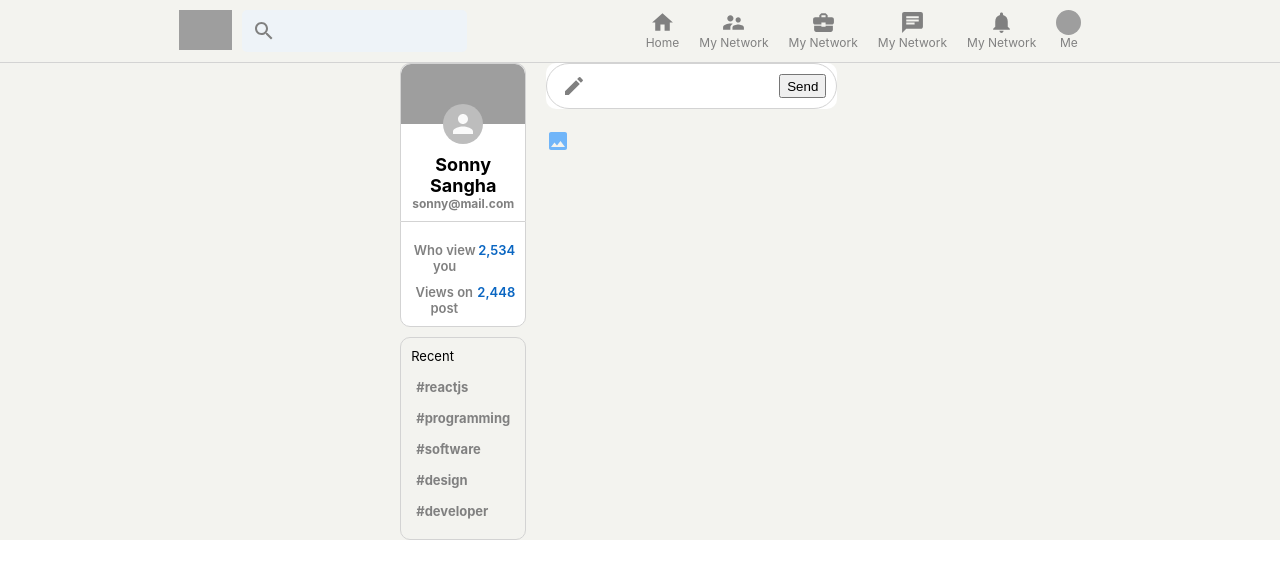
Repository: joaogamarra/linkedin-clone
Page: /
These files come from the project's save history. The page is drawn as it stood at one moment and after the next save; the edit follows.
The browser window is 1280 px wide. The pictures show the whole page.
Pictures or frames that could not be fetched are drawn as grey boxes. The project was rebuilt for these pictures with package versions that can differ from the ones it lists, and the page was loaded fresh each time. Also part of the build but not shown: src/components/feed/InputOption.css.

Above is the page before, as saved 2021-02-19 13:17:14.

### src/index.js
import React from 'react'
import ReactDOM from 'react-dom'
import './index.css'
import App from './App'

ReactDOM.render(
	<React.StrictMode>
		<App />
	</React.StrictMode>,
	document.getElementById('root')
)

### src/index.css
* {
	margin: 0;
}

body {
	margin: 0;
	font-family: -apple-system, BlinkMacSystemFont, 'Segoe UI', 'Roboto', 'Oxygen', 'Ubuntu', 'Cantarell',
		'Fira Sans', 'Droid Sans', 'Helvetica Neue', sans-serif;
	-webkit-font-smoothing: antialiased;
	-moz-osx-font-smoothing: grayscale;
}

code {
	font-family: source-code-pro, Menlo, Monaco, Consolas, 'Courier New', monospace;
}

### src/App.js
import './App.css'
import Feed from './components/feed/Feed'
import Header from './components/header/Header'
import Sidebar from './components/sidebar/Sidebar'

function App() {
	return (
		<div className='App'>
			<Header />
			<div className='app__body'>
				<Sidebar />
				<Feed />
			</div>
		</div>
	)
}

export default App

### src/App.css
.App {
	background-color: #f3f3ef;
	display: flex;
	flex-direction: column;
	align-items: center;
}

.app__body {
	display: flex;
}

### src/components/feed/Feed.js
import './Feed.css'
import CreateIcon from '@material-ui/icons/Create'
import ImageIcon from '@material-ui/icons/Image'
import InputOption from './InputOption'

const Feed = () => {
	return (
		<div className='feed'>
			<div className='feed__inputContainer'>
				<div className='feed__input'>
					<CreateIcon />
					<form>
						<input type='text' />
						<button type='submit'>Send</button>
					</form>
				</div>
			</div>
			<div className='feed__inputOptions'>
				<InputOption Icon={ImageIcon} title='Photo' color='#70b5f9' />
			</div>
		</div>
	)
}

export default Feed

### src/components/header/Header.js
import './Header.css'
import HeaderOption from './HeaderOption'
import SearchIcon from '@material-ui/icons/Search'
import HomeIcon from '@material-ui/icons/Home'
import SupervisorAccountIcon from '@material-ui/icons/SupervisorAccount'
import BusinessCenterIcon from '@material-ui/icons/BusinessCenter'
import ChatIcon from '@material-ui/icons/Chat'
import NotificationsIcon from '@material-ui/icons/Notifications'

const Header = () => {
	return (
		<div className='header'>
			<div className='header__left'>
				<img src='https://www.flaticon.com/svg/static/icons/svg/174/174857.svg' alt='' />

				<div className='header__search'>
					<SearchIcon />
					<input type='text' />
				</div>
			</div>
			<div className='header__right'>
				<HeaderOption Icon={HomeIcon} title='Home' />
				<HeaderOption Icon={SupervisorAccountIcon} title='My Network' />
				<HeaderOption Icon={BusinessCenterIcon} title='My Network' />
				<HeaderOption Icon={ChatIcon} title='My Network' />
				<HeaderOption Icon={NotificationsIcon} title='My Network' />
				<HeaderOption
					avatar='https://compassionate-leakey-e9b16b.netlify.app/images/IG_Sonny.jpeg'
					title='Me'
				/>
			</div>
		</div>
	)
}

export default Header

### src/components/sidebar/Sidebar.js
import './Sidebar.css'
import { Avatar } from '@material-ui/core'

const Sidebar = () => {
	const recentItem = (topic) => (
		<div className='sidebar__recentItem'>
			<span className='sidebar__hash'>#</span>
			<p>{topic}</p>
		</div>
	)

	return (
		<div className='sidebar'>
			<div className='sidebar__top'>
				<img
					src='https://images.unsplash.com/photo-1579546929518-9e396f3cc809?ixid=MXwxMjA3fDB8MHxwaG90by1wYWdlfHx8fGVufDB8fHw%3D&ixlib=rb-1.2.1&auto=format&fit=crop&w=1350&q=80'
					alt=''
				/>
				<Avatar className='sidebar__avatar' />
				<h2>Sonny Sangha</h2>
				<h4>sonny@mail.com</h4>
			</div>

			<div className='sidebar__stats'>
				<div className='sidebar__stat'>
					<p>Who view you</p>
					<p className='sidebar__statNumber'>2,534</p>
				</div>
				<div className='sidebar__stat'>
					<p>Views on post</p>
					<p className='sidebar__statNumber'>2,448</p>
				</div>
			</div>

			<div className='sidebar__bottom'>
				<p>Recent</p>
				{recentItem('reactjs')}
				{recentItem('programming')}
				{recentItem('software')}
				{recentItem('design')}
				{recentItem('developer')}
			</div>
		</div>
	)
}

export default Sidebar

### src/components/feed/Feed.css
.feed {
	flex: 0.6;
	margin: 0 20px;
}

.feed__inputContainer {
	padding: 10px 10p 20px 10px;
	margin-bottom: 20px;
	border-radius: 10px;
	background-color: white;
}

.feed__input {
	display: flex;
	padding: 10px 10px 10px 15px;
	color: gray;
	border: 1px solid lightgray;
	border-radius: 30px;
}

.feed__input > form {
	display: flex;
	width: 100%;
}

.feed__input > form > input {
	flex: 1;
	margin-left: 10px;
	outline-width: 0;
	font-weight: 600;
	border: none;
}

.feed__input > form > input > button {
	display: none;
}

### src/components/feed/InputOption.js
import './InputOption.css'

const InputOption = ({ Icon, title, color }) => {
	return (
		<div className='inputOption'>
			<Icon style={{ color: color }} />
		</div>
	)
}

export default InputOption

### src/components/header/Header.css
.header {
	position: sticky;
	top: 0;
	display: flex;
	justify-content: space-evenly;
	padding: 10px 0;
	width: 100%;
	border-bottom: 0.1px solid lightgray;
	z-index: 30;
}

.header__left {
	display: flex;
}

.header__left > img {
	object-fit: contain;
	height: 40px;
	margin-right: 10px;
}

.header__search {
	padding: 10px;
	display: flex;
	align-items: center;
	border-radius: 5px;
	height: 22px;
	color: gray;
	background-color: #eef3f8;
}

.header__search > input {
	outline: none;
	border: none;
	background: none;
}

.header__right {
	display: flex;
}

### src/components/header/HeaderOption.js
import './HeaderOption.css'
import { Avatar } from '@material-ui/core'

const HeaderOption = ({ avatar, Icon, title }) => {
	return (
		<div className='headerOption'>
			{Icon && <Icon className='headerOption__icon' />}
			{avatar && <Avatar className='headerOption__icon' src={avatar} />}
			<h3 className='headerOption__title'>{title}</h3>
		</div>
	)
}

export default HeaderOption

### src/components/sidebar/Sidebar.css
.sidebar {
	position: sticky;
	flex: 0.2;
	top: 80px;
	height: fit-content;
	border-radius: 10px;
	text-align: center;
}

.sidebar__avatar {
	margin-bottom: 10px;
}

.sidebar__top > h4 {
	color: gray;
	font-size: 12px;
}

.sidebar__top > h2 {
	font-size: 18px;
}

.sidebar__top {
	display: flex;
	flex-direction: column;
	align-items: center;
	border: 1px solid lightgray;
	border-bottom: 0;
	border-top-left-radius: 10px;
	border-top-right-radius: 10px;
	background-color: white;
	padding-bottom: 10px;
}

.sidebar__top > img {
	margin-bottom: -20px;
	width: 100%;
	height: 60px;
	border-top-left-radius: 10px;
	border-top-right-radius: 10px;
}
.sidebar__stats {
	padding: 10px;
	margin-bottom: 10px;
	border: 1px solid lightgray;
	border-bottom-left-radius: 10px;
	border-bottom-right-radius: 10px;
	background-color: white;
}

.sidebar__stat {
	margin-top: 10px;
	display: flex;
	justify-content: space-between;
}

.sidebar__stat > p {
	color: gray;
	font-size: 13px;
	font-weight: 600;
}

.sidebar__statNumber {
	font-weight: bold;
	color: #0a66c2 !important;
}

.sidebar__bottom {
	text-align: left;
	padding: 10px;
	border: 1px solid lightgray;
	border-radius: 10px;
	margin-top: 10px;
}

.sidebar__bottom > p {
	font-size: 13px;
	padding-bottom: 10px;
}

.sidebar__recentItem {
	display: flex;
	font-size: 13px;
	color: gray;
	font-weight: bolder;
	cursor: pointer;
	margin-bottom: 5px;
	padding: 5px;
}

.sidebar__recentItem:hover {
	background-color: whitesmoke;
	border-radius: 10px;
	cursor: pointer;
	color: black;
}

.sidebar_hash {
	margin: 0 10px 0 5px;
}

### src/components/header/HeaderOption.css
.headerOption {
	display: flex;
	flex-direction: column;
	align-items: center;
	margin-right: 20px;
	color: gray;
	cursor: pointer;
}

.headerOption:hover {
	color: black;
}

.headerOption__title {
	font-size: 12px;
	font-weight: 400;
}

.headerOption__icon {
	object-fit: contain;
	height: 25px !important;
	width: 25px !important;
}

Loaded but not shown: public/index.html (common file)

After the next save:
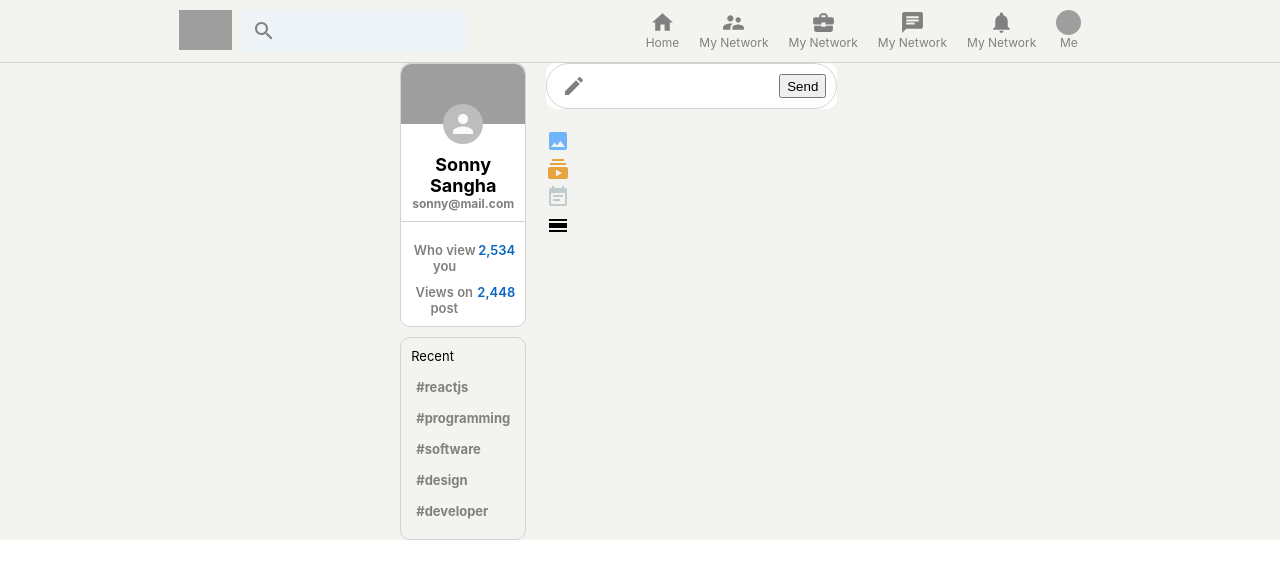
Saved 3 min 2 s later.
--- a/src/components/feed/Feed.js
+++ b/src/components/feed/Feed.js
@@ -1,6 +1,9 @@
 import './Feed.css'
 import CreateIcon from '@material-ui/icons/Create'
 import ImageIcon from '@material-ui/icons/Image'
+import SubscriptionsIcon from '@material-ui/icons/Subscriptions'
+import EventNoteIcon from '@material-ui/icons/EventNote'
+import CalendarViewDayIcon from '@material-ui/icons/CalendarViewDay'
 import InputOption from './InputOption'
 
 const Feed = () => {
@@ -17,6 +20,9 @@ const Feed = () => {
 			</div>
 			<div className='feed__inputOptions'>
 				<InputOption Icon={ImageIcon} title='Photo' color='#70b5f9' />
+				<InputOption Icon={SubscriptionsIcon} title='Video' color='#E7A33E' />
+				<InputOption Icon={EventNoteIcon} title='Event' color='#C0CBCD' />
+				<InputOption Icon={CalendarViewDayIcon} title='Write Article' color='#70b5f7FC15E9' />
 			</div>
 		</div>
 	)
